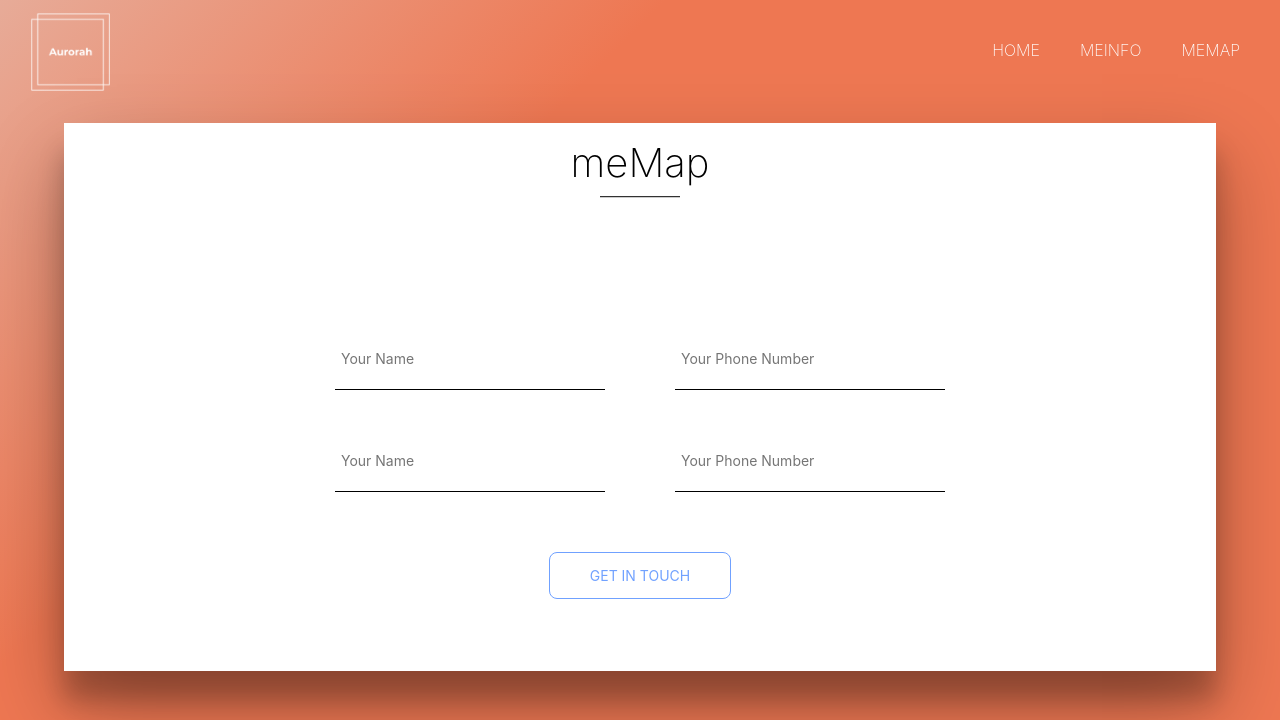
Repository: aasirvalji/saferMe
Page: /alt
These files come from the project's save history. The page is drawn as it stood at one moment and after the next save; the edit follows.
The browser window is 1280 px wide. The pictures show the whole page.
The project was rebuilt for these pictures with package versions that can differ from the ones it lists, and the page was loaded fresh each time. Also part of the build but not shown: src/components/Landing.js, src/styles/Services.css, src/components/Services.js, src/styles/MapDisplay.css, src/mapStyles.js, src/components/MapDisplay.js, src/styles/AboutDisplay.css, src/components/AboutDisplay.js and 1 more.

Above is the page before, as saved 2020-02-15 12:54:06.

### public/index.html
<!DOCTYPE html>
<html lang="en">
  <head>
    <meta charset="utf-8" />
    <link rel="icon" href="%PUBLIC_URL%/favicon.ico" />
    <meta name="viewport" content="width=device-width, initial-scale=1" />
    <meta name="theme-color" content="#000000" />
    <meta
      name="description"
      content="Web site created using create-react-app"
    />
    <link rel="apple-touch-icon" href="%PUBLIC_URL%/logo192.png" />
    <!--
      manifest.json provides metadata used when your web app is installed on a
      user's mobile device or desktop. See https://developers.google.com/web/fundamentals/web-app-manifest/
    -->
    <link rel="manifest" href="%PUBLIC_URL%/manifest.json" />
    <!--
      Notice the use of %PUBLIC_URL% in the tags above.
      It will be replaced with the URL of the `public` folder during the build.
      Only files inside the `public` folder can be referenced from the HTML.

      Unlike "/favicon.ico" or "favicon.ico", "%PUBLIC_URL%/favicon.ico" will
      work correctly both with client-side routing and a non-root public URL.
      Learn how to configure a non-root public URL by running `npm run build`.
    -->

    <link
    rel="stylesheet"
    href="https://maxcdn.bootstrapcdn.com/bootstrap/4.3.1/css/bootstrap.min.css"
    integrity="sha384-ggOyR0iXCbMQv3Xipma34MD+dH/1fQ784/j6cY/iJTQUOhcWr7x9JvoRxT2MZw1T"
    crossorigin="anonymous"
  />

  <link rel="stylesheet" href="https://use.fontawesome.com/releases/v5.7.2/css/all.css" integrity="sha384-fnmOCqbTlWIlj8LyTjo7mOUStjsKC4pOpQbqyi7RrhN7udi9RwhKkMHpvLbHG9Sr" crossorigin="anonymous">

    <title>Aurorah</title>
  </head>
  <body>
    <noscript>You need to enable JavaScript to run this app.</noscript>
    <div id="root"></div>
    <!--
      This HTML file is a template.
      If you open it directly in the browser, you will see an empty page.

      You can add webfonts, meta tags, or analytics to this file.
      The build step will place the bundled scripts into the <body> tag.

      To begin the development, run `npm start` or `yarn start`.
      To create a production bundle, use `npm run build` or `yarn build`.
    -->
  </body>
</html>

### src/App.js
import React from 'react';
import './App.css';
import Navigate from './components/Navigate'
import Landing from './components/Landing'
import Services from './components/Services'
import MapDisplay from './components/MapDisplay'
import AltDisplay from './components/AltDisplay'
import AboutDisplay from './components/AboutDisplay'

import SampleDisplay from './components/SampleDisplay';


import {
  BrowserRouter as Router,
  Switch,
  Route,
} from "react-router-dom";

class App extends React.Component { //when working with any type of data, call it in App then pass to comp on interest

  constructor(props) {
    super(props);

  }

/* start api sample */
/*
  componentDidMount() {
    fetch("https://api.example.com/items")
      .then(res => res.json())
      .then(
        (result) => {
          this.setState({
            isLoaded: true,
            items: result.items
          });
        },
        // Note: it's important to handle errors here
        // instead of a catch() block so that we don't swallow
        // exceptions from actual bugs in components.
        (error) => {
          this.setState({
            isLoaded: true,
            error
          });
        }
      )
  }
  */
/* end api sample */
  render(){


  return (
    <Router>
    <div className="App">

    <Switch>

    <Route exact path="/">
    <div className='landing-div'>
    <Navigate></Navigate>
    <Landing></Landing>
    <img className='wave' src='https://www.ochrehealth.com.au/wp-content/uploads/2018/10/slider-wave.png' alt=''></img>  {/* wave pattern*/}
    </div>
    {/* services placement*/}
    {/* maps placement*/}
    </Route>

    <Route path="/about">
    <div className='about-background'>
    <Navigate></Navigate>

    <AboutDisplay></AboutDisplay>
    </div>
    </Route>

    <Route path="/map">
    <div className='map-background'>
    <Navigate></Navigate>

  <MapDisplay></MapDisplay>
    </div>
    </Route>

    <Route path="/graph">
    <div className='graph-background'>
    <Navigate></Navigate>


    </div>
    </Route>

    <Route path="/alt">
    <div className='alt-background'>
    <Navigate></Navigate>

    <AltDisplay></AltDisplay>
    </div>
    </Route>

    </Switch>

    </div>
    </Router>

  );
  }
}

export default App;

### src/App.css
.landing-div {
    height: 100vh;
	background: linear-gradient(-45deg, #ee7752, #e73c7e,#FF4136, #85144b);
	background-size: 400% 400%;
    animation: gradient 10s ease infinite;

}


@keyframes gradient {
	0% {
		background-position: 0% 50%;
	}
	50% {
		background-position: 100% 50%;
	}
	100% {
		background-position: 0% 50%;
	}
}

.landing-div .wave{
    margin-right: 20vh;
    height: 15vh;
    width: 100%;
    position: absolute;
    bottom: 0;
}

@media screen and (max-width:700px) {

    .landing-div {
        height: 110vh;
    }

    .landing-div .wave{
    display: none;
    }

}

.about-background{
    background: linear-gradient(-45deg, #23a6d5, #23a6d5,#23a6d5, #acceda);
    height: 100vh;
}

.map-background{
    background: linear-gradient(-45deg, #5444c4, #5444c4,#5444c4, #908ab9);
    height: 100vh;
}

.graph-background{
    background: linear-gradient(-45deg, #e73c7e, #e73c7e,#e73c7e, #e0a0b9);
    height: 100vh;
}

.alt-background{
    background: linear-gradient(-45deg, #ee7752, #ee7752,#ee7752, #e7ab98);
    height: 100vh;
}

### src/components/Navigate.js
import React from 'react';
import '../styles/Navigate.css';
import {}
from 'react-bootstrap';
import img from '../assets/Au.png'

import { Link } from "react-router-dom";


function Navigate() {
    return (
    <>
  <div class="header">
    <h2 class="logo"><img src={img}></img></h2>
    <input type="checkbox" id="chk"></input>
    <label for="chk" class="show-menu-btn">
      <i class="fas fa-ellipsis-h"></i>
    </label>

    <ul class="menu">
      <Link to="/"><a>Home</a></Link>
      {/*<Link to="/about"><a>About</a></Link>*/}
      <Link to="/alt"><a>meInfo</a></Link>
      <Link to="/map"><a>meMap</a></Link>
      {/*<Link to="/graph"><a>eGraph</a></Link>*/}

      <label for="chk" class="hide-menu-btn">
        <i class="fas fa-times"></i>
      </label>
    </ul>
  </div>
</>
);
}


export default Navigate;

### src/components/AltDisplay.js
import React from 'react';
import '../styles/AltDisplay.css'




class AltDisplay extends React.Component{

  constructor(props){
    super(props);

    this.state = {username: '',
    userNumber: '',
    emergencyName: '',
    emergencyNumber: '',
  };

    this.handleChange = this.handleChange.bind(this);
    this.handleSubmit = this.handleSubmit.bind(this);
}

handleChange = (event) => {
  this.setState({
  [event.target.name] : event.target.value
})
}

handleSubmit(event) {

  alert('A name was submitted: ' + this.state.username);
  console.log(this.state.userNumber)
  console.log(this.state.emergencyName)
  console.log(this.state.emergencyNumber)
  event.preventDefault();
}

render(){
    return(
        <>

<div className='alt-con'>

<div className='alt-header'>
<h1>meMap</h1>
</div>

<form class="contact-section" onSubmit={this.handleSubmit}>
      <div class="inner-width">

        <input type="text" class="name" placeholder="Your Name" name = 'username'
        value={this.state.value} onChange={this.handleChange} ></input>

       <input type="number" class="email" placeholder="Your Phone Number" name ="userNumber"
       username={this.state.username} onChange={this.handleChange} ></input>

      <input type="text" class="name" placeholder="Your Name" name = 'emergencyName'
        value={this.state.value} onChange={this.handleChange} ></input>

       <input type="number" class="email" placeholder="Your Phone Number" name ="emergencyNumber"
       username={this.state.username} onChange={this.handleChange} ></input>

        <button type='submit' value="Submit">Get in touch</button>
      </div>
    </form>

</div>

        </>
    )
}
}


export default AltDisplay;

### src/styles/Navigate.css
/* Start Navbar */

.header{
    height: 100px;
    background: transparent;
    padding: 0 20px;
    color: white;
    font-weight: 200;
  }
  .logo{
    line-height: 100px;
    float: left;
  }

  .header h2{
    font-weight: 200;
  }

  .header img{
    width: 12vh;
    height: 12vh;
    margin-left: 1vh;
  }

  .menu{
    float: right;
    line-height: 100px;
  }
  .menu a{
    color: white;
    text-transform: uppercase;
    text-decoration: none;
    padding: 0 10px;
    transition: 0.4s;
  }
  .show-menu-btn,.hide-menu-btn{
    transition: 0.4s;
    font-size: 30px;
    cursor: pointer;
    display: none;
  }
  .show-menu-btn{
    float: right;
  }
  .show-menu-btn i{
    line-height: 100px;
  }
  .menu a:hover,
  .show-menu-btn:hover,
  .hide-menu-btn:hover{
    transition: .5s;
    color: black;
  }

  #chk{
    position: absolute;
    visibility: hidden;
    z-index: -1111;
  }

  .content{
    padding: 0 20px;
  }
  .content img{
    width: 100%;
    max-width: 700px;
    margin: 20px 0;
  }
  .content p{
    text-align: justify;
  }

  @media screen and (max-width:800px) {
    .show-menu-btn,.hide-menu-btn{
      display: block;
    }
    .menu{
      position: fixed;
      width: 100%;
      height: 100vh;
      background: linear-gradient(-45deg, #ee7752, #e73c7e,#5444c4, #23a6d5);
      right: -100%;
      top: 0;
      text-align: center;
      padding: 80px 0;
      line-height: normal;
      transition: 0.7s;
      z-index: 1000;
    }
    .menu a{
      display: block;
      padding: 20px;
    }

    .menu a:hover{
      cursor: pointer;
    }

    .hide-menu-btn{
      position: absolute;
      top: 40px;
      right: 40px;
    }
    #chk:checked ~ .menu{
      right: 0;
    }
  }

  /* End Navbar */

### src/styles/Landing.css


  * {
    box-sizing: border-box;
    margin: 0;
    padding: 0;
  }


  h1 {
    line-height: 1.3;

  }

  img {
    width: 90%;
  }

  .container {
    max-width: 1200px;
    margin: auto;
    padding: 0 2rem;
    margin-top: 13vh;
  }

  .container h1, p{
    margin-top: 10vh;
    color: white;
  }

  .main-header{
    -webkit-animation: fadein 4s; /* Safari, Chrome and Opera > 12.1 */
    -moz-animation: fadein 4s; /* Firefox < 16 */
     -ms-animation: fadein 4s; /* Internet Explorer */
      -o-animation: fadein 4s; /* Opera < 12.1 */
         animation: fadein 4s;
  }

  .main-subheader{
    -webkit-animation: fadein 4s; /* Safari, Chrome and Opera > 12.1 */
    -moz-animation: fadein 4s; /* Firefox < 16 */
     -ms-animation: fadein 4s; /* Internet Explorer */
      -o-animation: fadein 4s; /* Opera < 12.1 */
         animation: fadein 4s;
  }

  .section-a {
    margin: 2rem 0;
  }

  .section-a .container {
    display: grid;
    grid-template-columns: 1fr 1fr;
    grid-gap: 3rem;
    align-items: center;
    justify-content: center;
  }

  .section-a h1 {
    font-size: 4rem;
    font-weight: 200;
  }

  .section-a p {
    font-size: 1.1rem;
    margin: 1rem 0 0 .775vh;
    font-weight: 200;
  }

  .floating{
    animation-name: floating;
    animation-duration: 3s;
    animation-iteration-count: infinite;
    animation-timing-function: ease-in-out;
    z-index: 100;
  }


  @keyframes floating {
    from { transform: translate(0,  0px); }
    50%  { transform: translate(0, 20px); }
    to   { transform: translate(0, -0px); }
}

  @media (max-width: 700px) {
    .section-a .container {
      grid-template-columns: 1fr;
      text-align: center;
    }

    .section-a .container div:first-child {
      order: 2;
    }

    .section-a .container div:nth-child(2) {
      order: -1;
    }

    .section-a img {
      width: 80%;
      margin: auto;
    }
  }

/* fade in animation*/

@keyframes fadein {
  from { opacity: 0; }
  to   { opacity: 1; }
}

/* Firefox < 16 */
@-moz-keyframes fadein {
  from { opacity: 0; }
  to   { opacity: 1; }
}

/* Safari, Chrome and Opera > 12.1 */
@-webkit-keyframes fadein {
  from { opacity: 0; }
  to   { opacity: 1; }
}

/* Internet Explorer */
@-ms-keyframes fadein {
  from { opacity: 0; }
  to   { opacity: 1; }
}

/* Opera < 12.1 */
@-o-keyframes fadein {
  from { opacity: 0; }
  to   { opacity: 1; }
}

### src/styles/AltDisplay.css
/* Try adding wave to Navbar */

.alt-con{
    transform: translateY(1vh);
    color: black;
    width: 90%;
    height: 76vh;
    margin: 15px auto;
    background: white;
    overflow: hidden;
    position: relative;
    top: 0;
    -webkit-box-shadow: 0 38px 76px rgba(0, 0, 0, 0.3), 0 30px 24px rgba(0, 0, 0, 0.22);
            box-shadow: 0 38px 76px rgba(0, 0, 0, 0.3), 0 30px 24px rgba(0, 0, 0, 0.22);
            overflow-y: auto;
}

.alt-con p{
    color: white;
}

.alt-header h1{
    color: black;
    text-align: center;
    font-weight: 200;
    margin-top: 2vh;
    margin-bottom: 8vh;
}

.alt-header h1:after {

    content: '';
    transform: translateY(1vh);
    margin: auto;
    border-bottom: .1vh solid black;
    width: 11vh;
    display: block;

}

.alt-details p{
    font-weight: 300;
    margin: auto;
    color: black;
    text-align: center;
    width: 50%;
    margin-bottom: 3vh;
}

.alt-details img{
    display: block;
    margin: 0 auto;
    height: 40vh;
    width: 50vh;
}

/* sample */

.middle{
    position: relative;
    margin: auto;
  }

  .task-list{
    width: 400px;
    padding: 40px;
    background: linear-gradient(-45deg, #ee7752, #ee7752,#ee7752, #e7ab98);
    background-size: cover;
  }
  .task-list h2{
    color: #fff;
    font-weight: 220;
  }
  .task{
    display: flex;
    padding: 10px 0;
    align-items: center;
    cursor: pointer;
    font-weight: 220;
  }

  .task input{
    position: absolute;
    visibility: hidden;
  }

  .task i{
    display: inline-block;
    width: 48px;
    height: 48px;
    border-radius: 50%;
    border: 1px solid white;
    text-align: center;
    line-height: 48px;
    font-size: 20px;
    margin-right: 14px;
    color: transparent;
  }

  .text{
    font-size: 18px;
    color: #fff;
  }

  .task input:checked ~ i{
    color: white;
  }

  .task input:checked ~ .text{
    text-decoration: line-through;
    color: white;
  }












  .contact-section{
    background: transparent;
    padding: 80px 0;
    text-align: center;
  }

  .inner-width{
    max-width: 650px;
    margin: auto;
    padding: 0 20px;
  }

  .contact-section h1{
    font-size: 20px;
    color: #000000;
    margin-bottom: 40px;
    text-transform: uppercase;
    letter-spacing: 4px;
    font-weight: 400;
  }

  .name,.email{
    background: none;
    border:none;
    outline: none;
    border-bottom: 1px solid;
    color: #000000;
    padding: 20px 6px;
    font-size: 14px;
    margin-bottom: 40px;
  }

  .name{
    float: left;
    width: 270px;
  }

  .email{
    float: right;
    width: 270px;
  }

  .message{
    min-width: 100%;
    max-width: 100%;
  }


  .contact-section button{
    margin-top: 20px;
    background: none;
    color: #70a1ff;
    border: 1px solid #70a1ff;
    padding: 12px 40px;
    border-radius: 8px;
    text-transform: uppercase;
    font-size: 14px;
    transition: 0.4s linear;
    cursor: pointer;
  }

  .contact-section button:hover{
    background: #70a1ff;
    color: #fff;
  }


  @media screen and (max-width:600px){
    .name,.email{
      width: 100%;
    }
  }

Loaded but not shown: src/index.js (common file); src/index.css (common file); src/serviceWorker.js (common file)

After the next save:
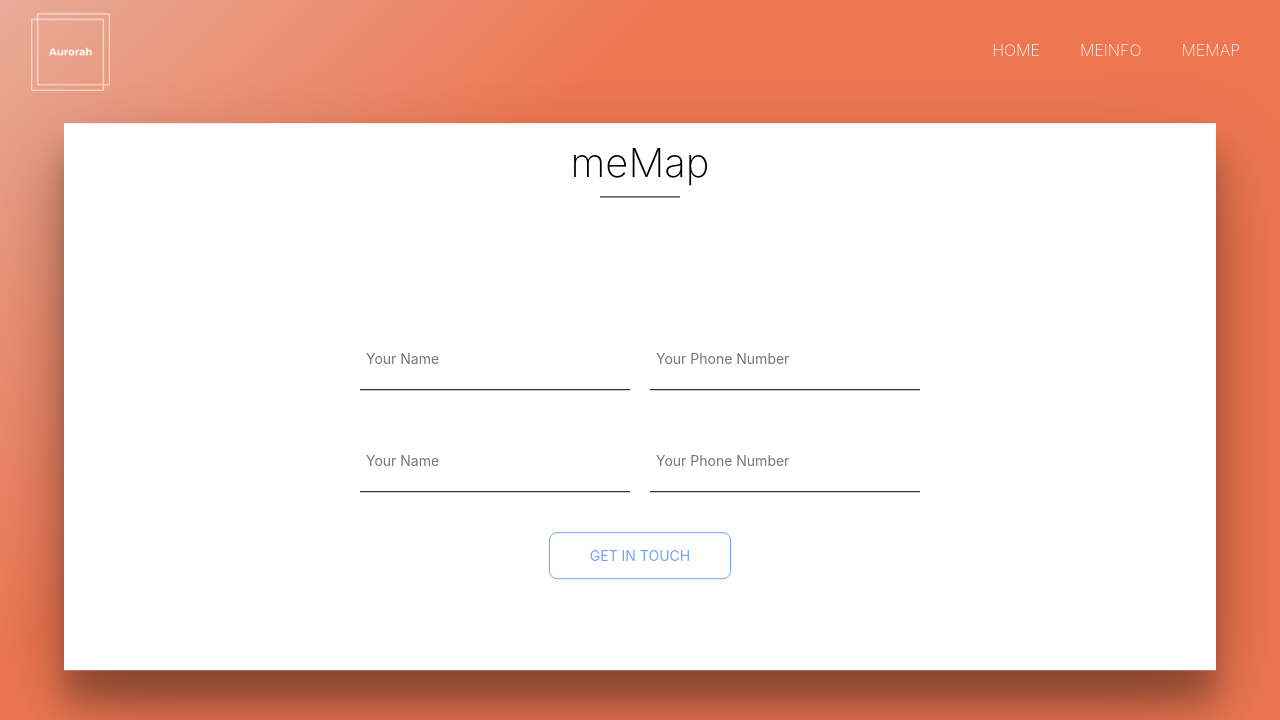
Saved 15 s later.
--- a/src/styles/AltDisplay.css
+++ b/src/styles/AltDisplay.css
@@ -129,7 +129,7 @@
   }
 
   .inner-width{
-    max-width: 650px;
+    max-width: 600px;
     margin: auto;
     padding: 0 20px;
   }
@@ -171,7 +171,6 @@
 
 
   .contact-section button{
-    margin-top: 20px;
     background: none;
     color: #70a1ff;
     border: 1px solid #70a1ff;
